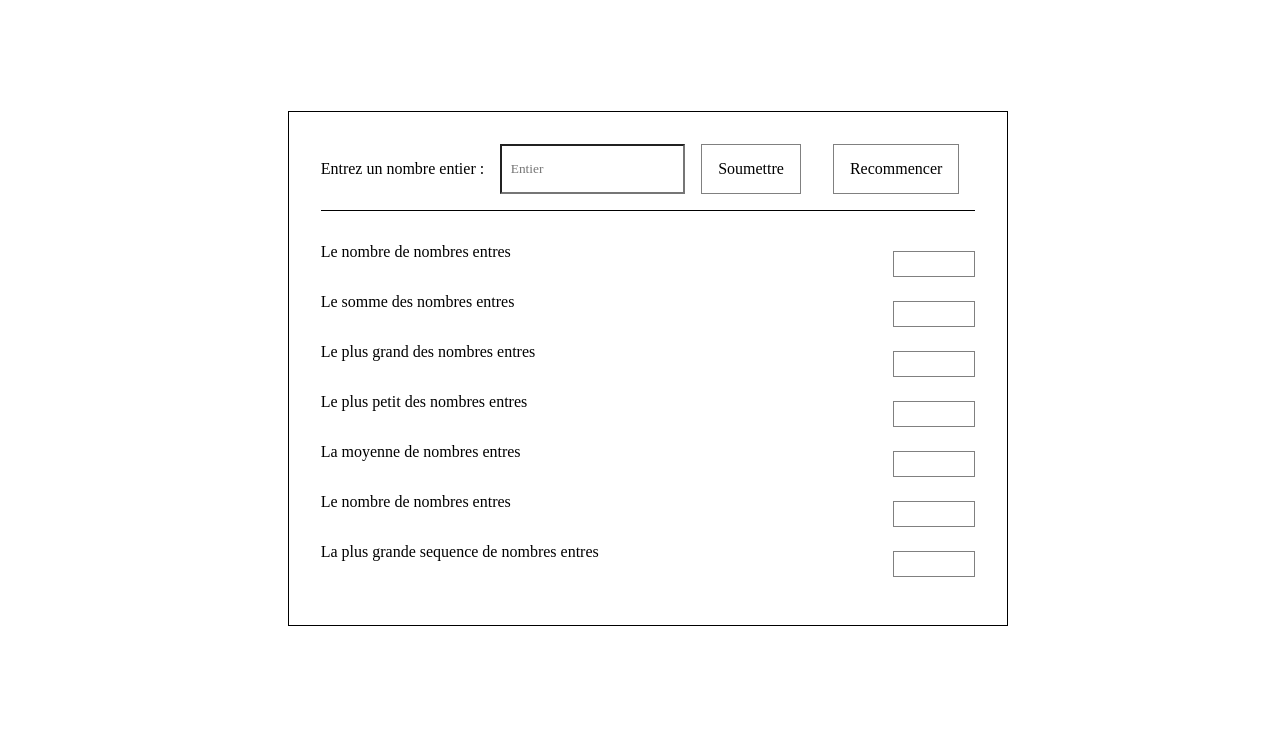
Repository: Thomas088/asbl-proforma
Page: exercices/js/ex-01/index.html
These files come from the project's save history. The page is drawn as it stood at one moment and after the next save; the edit follows.
The browser window is 1280 px wide. The page is 1288 px wide, so the pictures cover 1288 px, including what lies to the right of the window. The pictures show the whole page.

Above is the page before, as saved 2020-03-20 02:19:44.

### exercices/js/ex-01/index.html
<!DOCTYPE html>
<html lang="en">
<head>
    <meta charset="UTF-8">
    <meta name="viewport" content="width=device-width, initial-scale=1.0">
    <link rel="stylesheet" href="./style.css">
    <title>Numbers</title>
</head>
<body>

    <div class="tableau">
        <div class="entry-user">
            <p>Entrez un nombre entier :</p>
            <input type="number" name="entry" class="user-entry" placeholder="Entier">
            <div class="submit-number">Soumettre</div>
            <div class="restart">Recommencer</div>
        </div>

        <div class="entries">
            <div class="total-entries">
                <span>Le nombre de nombres entres</span>
                <div class="result total-entries-result"></div>
            </div>

            <div class="sum-entries">
                <span>Le somme des nombres entres</span>
                <div class="result sum-entries-result"></div>
            </div>

            <div class="max-entries">
                <span>Le plus grand des nombres entres</span>
                <div class="result max-entries-result"></div>
            </div>

            <div class="min-entries">
                <span>Le plus petit des nombres entres</span>
                <div class="result min-entries-result"></div>
            </div>

            <div class="average-entries">
                <span>La moyenne de nombres entres</span>
                <div class="result average-entries-result"></div>
            </div>

            <div class="list-of-entries">
                <span>Le nombre de nombres entres</span>
                <div class="result list-of-entries-result"></div>
            </div>

            <div class="sequence-entries">
                <span>La plus grande sequence de nombres entres</span>
                <div class="result sequence-entries-result"></div>
            </div>
        </div>
    </div>

    <script src="./index.js"></script>
</body>
</html>

### exercices/js/ex-01/style.css
body {
    width: 100vw;
    height: 100vh;
    display: flex;
    justify-content: center;
    align-items: center;
    font-family: 'Baloo 2', cursive;
}

.tableau {
    border: 1px solid #000;
    padding: 2em;
}

.entry-user {
    display: flex;
    padding-bottom: 1em;
    margin-bottom: 2em;;
    border-bottom: 1px solid #000;
}

.entry-user p {
    padding-right: 1em;
}

.user-entry {
    outline: none;
    appearance: none;
    -webkit-appearance: none;
    margin: 0;
}

.submit-number, .restart {
    display: flex;
    justify-content: center;
    align-items: center;
    border: 1px solid gray;
    margin: 0 1em;
    padding: 0 1em;
    cursor: pointer;
}

.result {
    width: 5em;
    height: 1.5em;
    display: flex;
    justify-content: center;
    align-items: center;
    border: 1px solid gray;
}

.entries div {
    display: flex;
    justify-content: space-between;
    margin: 0.5rem 0;
}

::placeholder {
    padding-left: 0.5em;
    font-family: 'Baloo 2', cursive;
}

### exercices/js/ex-01/index.js
window.addEventListener("DOMContentLoaded", function () {

    const entry = document.querySelector(".user-entry").value;
    const submit = document.querySelector(".submit-number");
    const restart = document.querySelector(".restart");

    submit.addEventListener("click", () => {

        if (typeof entry !== "number") {
            alert("Erreur : entrer un entier.");
        }

        alert(entry);

    })

})

After the next save:
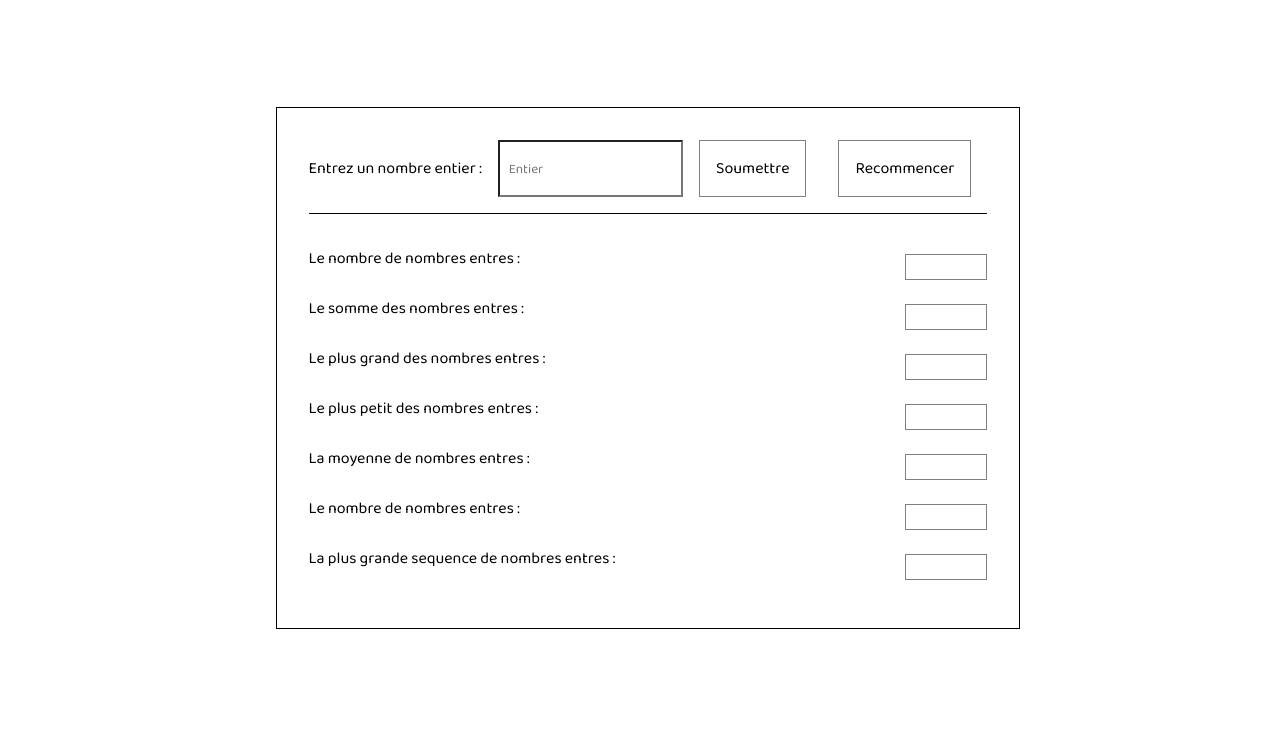
Saved 35 s later.
--- a/exercices/js/ex-01/index.html
+++ b/exercices/js/ex-01/index.html
@@ -4,6 +4,7 @@
     <meta charset="UTF-8">
     <meta name="viewport" content="width=device-width, initial-scale=1.0">
     <link rel="stylesheet" href="./style.css">
+    <link href="https://fonts.googleapis.com/css?family=Baloo+2&display=swap" rel="stylesheet">
     <title>Numbers</title>
 </head>
 <body>
@@ -18,37 +19,37 @@
 
         <div class="entries">
             <div class="total-entries">
-                <span>Le nombre de nombres entres</span>
+                <span>Le nombre de nombres entres : </span>
                 <div class="result total-entries-result"></div>
             </div>
 
             <div class="sum-entries">
-                <span>Le somme des nombres entres</span>
+                <span>Le somme des nombres entres : </span>
                 <div class="result sum-entries-result"></div>
             </div>
 
             <div class="max-entries">
-                <span>Le plus grand des nombres entres</span>
+                <span>Le plus grand des nombres entres : </span>
                 <div class="result max-entries-result"></div>
             </div>
 
             <div class="min-entries">
-                <span>Le plus petit des nombres entres</span>
+                <span>Le plus petit des nombres entres : </span>
                 <div class="result min-entries-result"></div>
             </div>
 
             <div class="average-entries">
-                <span>La moyenne de nombres entres</span>
+                <span>La moyenne de nombres entres : </span>
                 <div class="result average-entries-result"></div>
             </div>
 
             <div class="list-of-entries">
-                <span>Le nombre de nombres entres</span>
+                <span>Le nombre de nombres entres : </span>
                 <div class="result list-of-entries-result"></div>
             </div>
 
             <div class="sequence-entries">
-                <span>La plus grande sequence de nombres entres</span>
+                <span>La plus grande sequence de nombres entres : </span>
                 <div class="result sequence-entries-result"></div>
             </div>
         </div>
